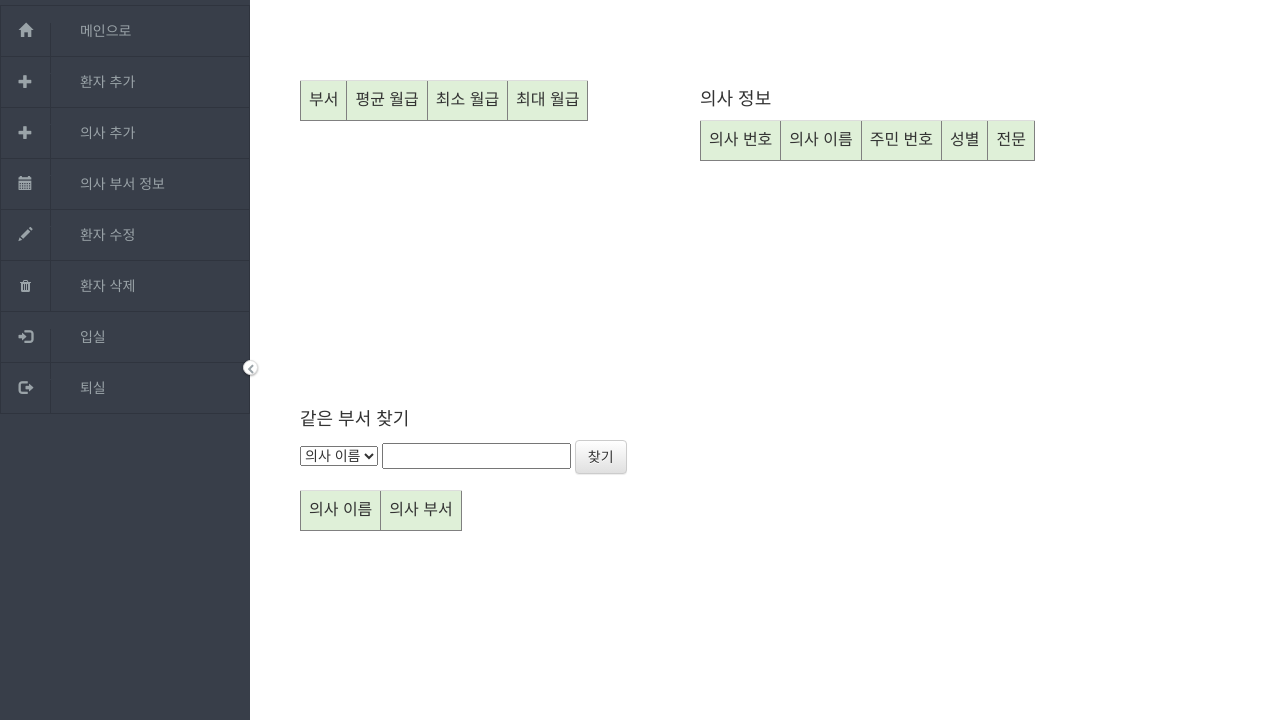
Repository: qaws1134/Hospital_manager
Page: http://localhost/project/D_clsif.jsp
An editor plug-in stored every save of this project. The page is shown before and after the next save, followed by the edit.
The browser window is 1280 px wide. The pictures show the whole page.
Some web libraries are served in a nearby version. The page is served by Tomcat 9. The template is opened directly, without the code that normally fills it, so the values that code supplies are empty.

Above is the page before, as saved 2017-12-12 13:28:25.
Console error (its wording comes from the project's code and is left out).

After the next save:
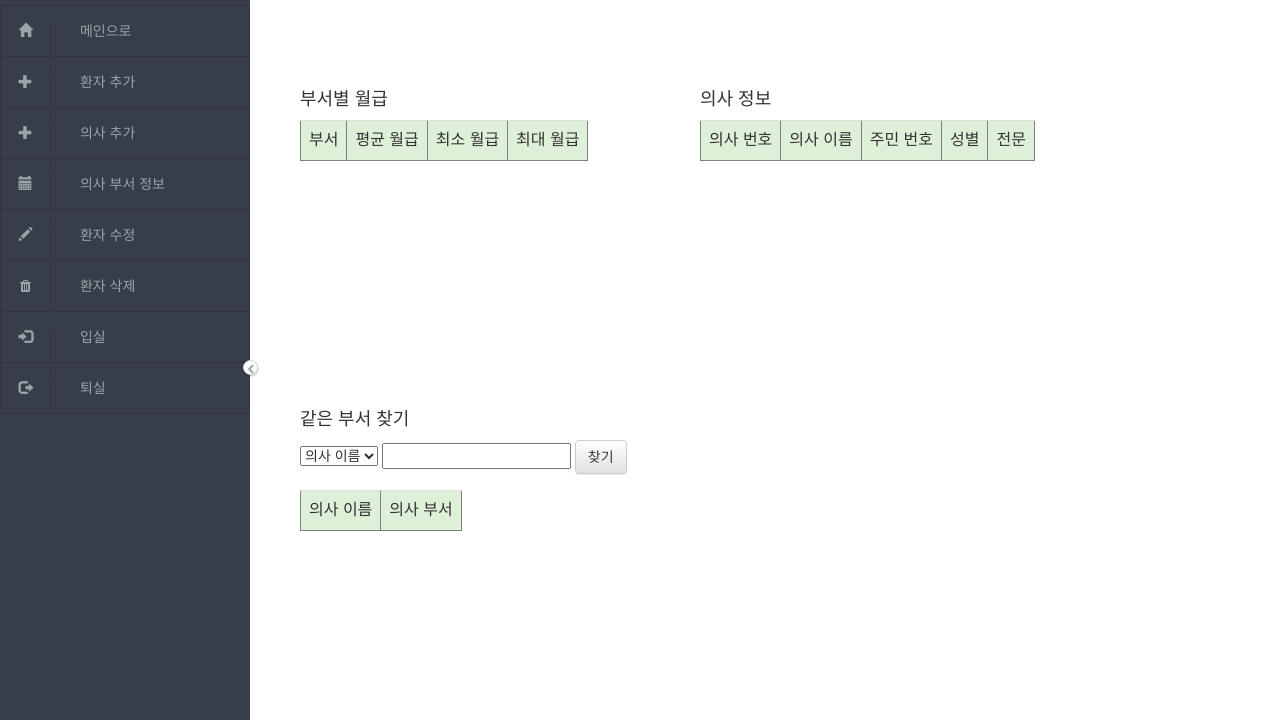
Saved 2 min 6 s later.
--- a/project/WebContent/D_clsif.jsp
+++ b/project/WebContent/D_clsif.jsp
@@ -206,6 +206,7 @@ nav ul li a span {
 </nav>
 
 <section style="position:absolute; top:80px;left:300px">
+<h4>부서별 월급</h4>
       <table border="1" class="table table-striped">
       	<tr class="success">
       		<td>부서</td>
